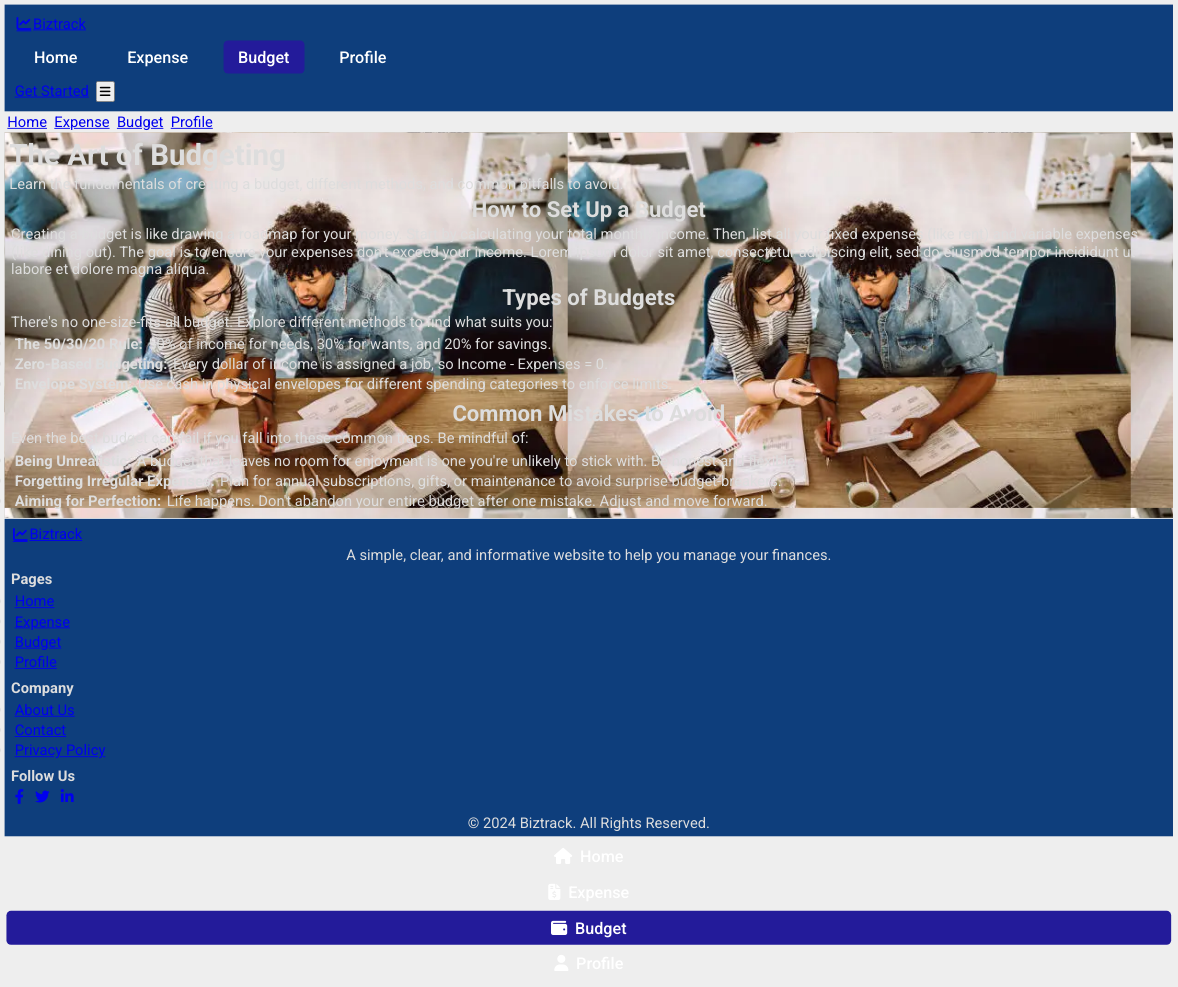
Repository: JoyUdoh106/wdd131
Page: project/budget.html
The author's editor kept a copy of each file at every save. The page is drawn from the files as they stood at one save, then again after a run of saves.
The browser window is 1280 px wide. The pictures show the whole page, at 92% of full size.

Above is the page before, as saved 2025-08-10 19:07:24.
Console error: TypeError: Cannot set properties of null (setting 'textContent')

After the next 4 saves:
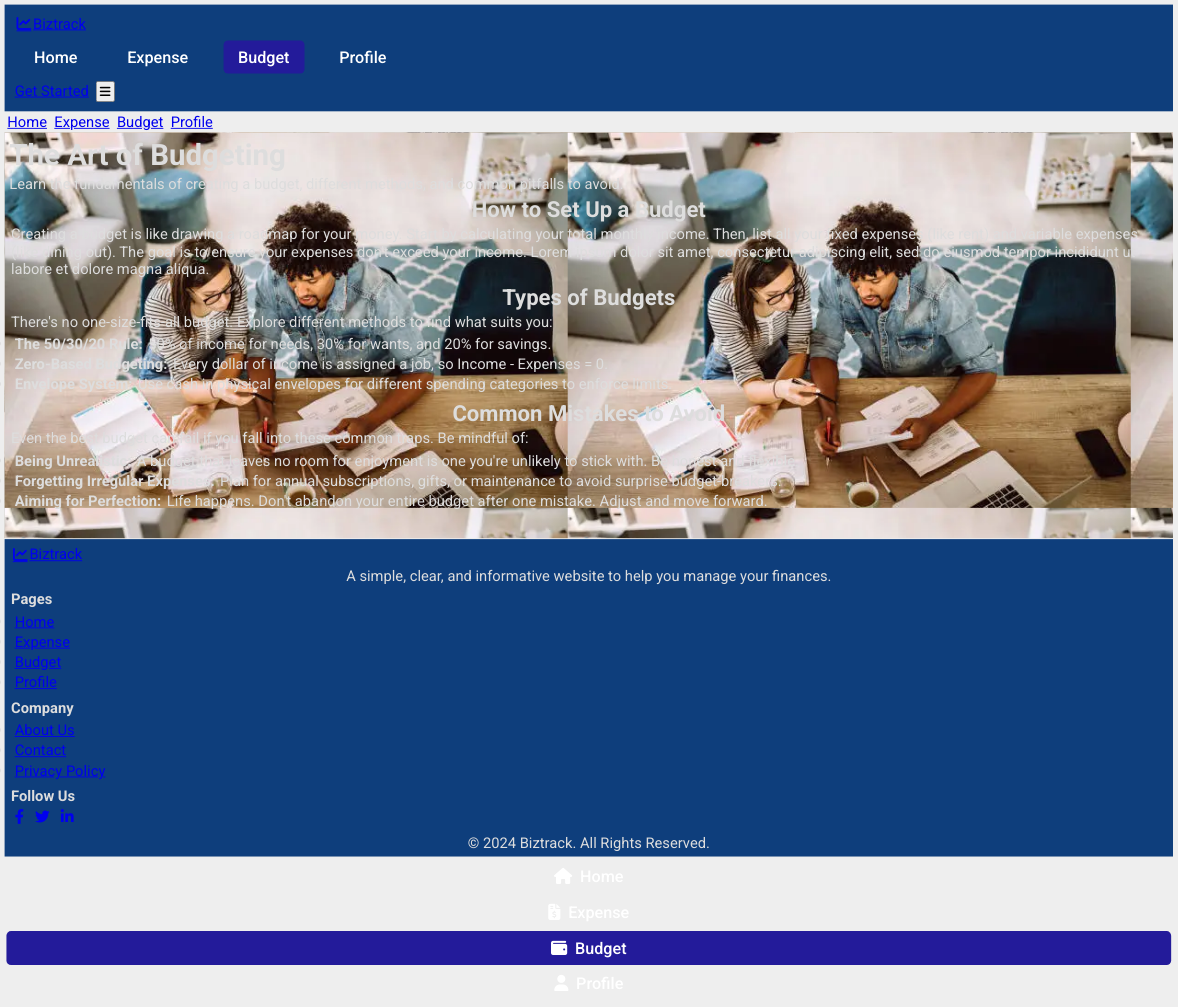
The 4 saves are shown as one change because they came seconds apart.
The last was saved 14 s later.
--- a/project/budget.html
+++ b/project/budget.html
@@ -70,6 +70,7 @@
                     <li><strong>Forgetting Irregular Expenses:</strong> Plan for annual subscriptions, gifts, or maintenance to avoid surprise budget-breakers.</li>
                     <li><strong>Aiming for Perfection:</strong> Life happens. Don't abandon your entire budget after one mistake. Adjust and move forward.</li>
                 </ul>
+                <p><strong></strong></p>
             </article>
         </div>
     </main>
